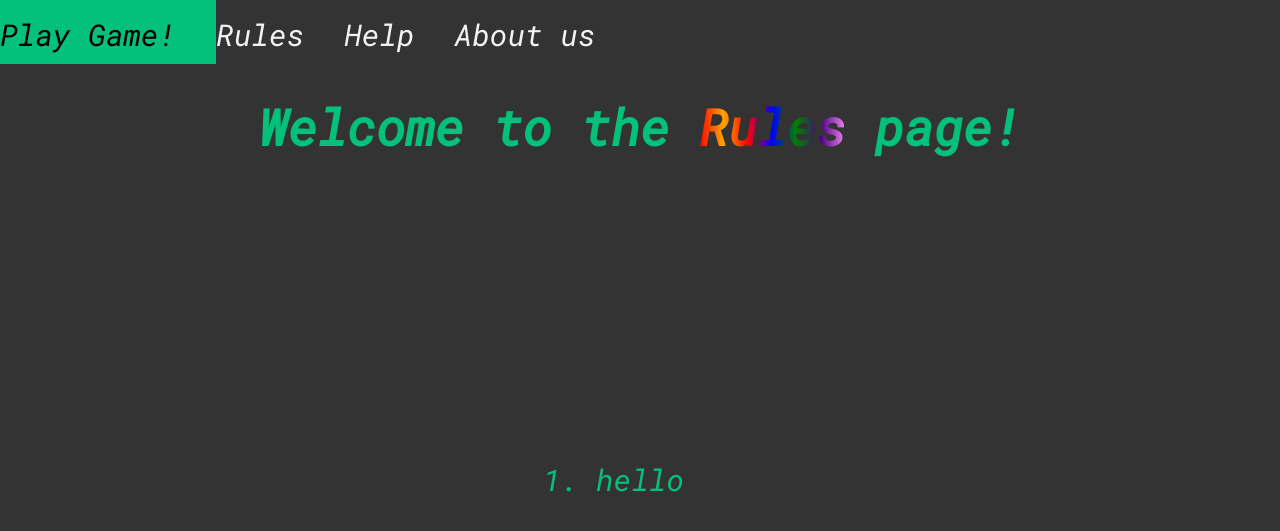
Repository: Ascendrospyder/rock-paper-scissors
Page: rulesPage.html
An editor plug-in stored every save of this project. The page is shown before and after a run of saves, followed by the edit.
The browser window is 1280 px wide. The pictures show the whole page.

Above is the page before, as saved 2022-12-26 12:58:00.

After the next 2 saves:
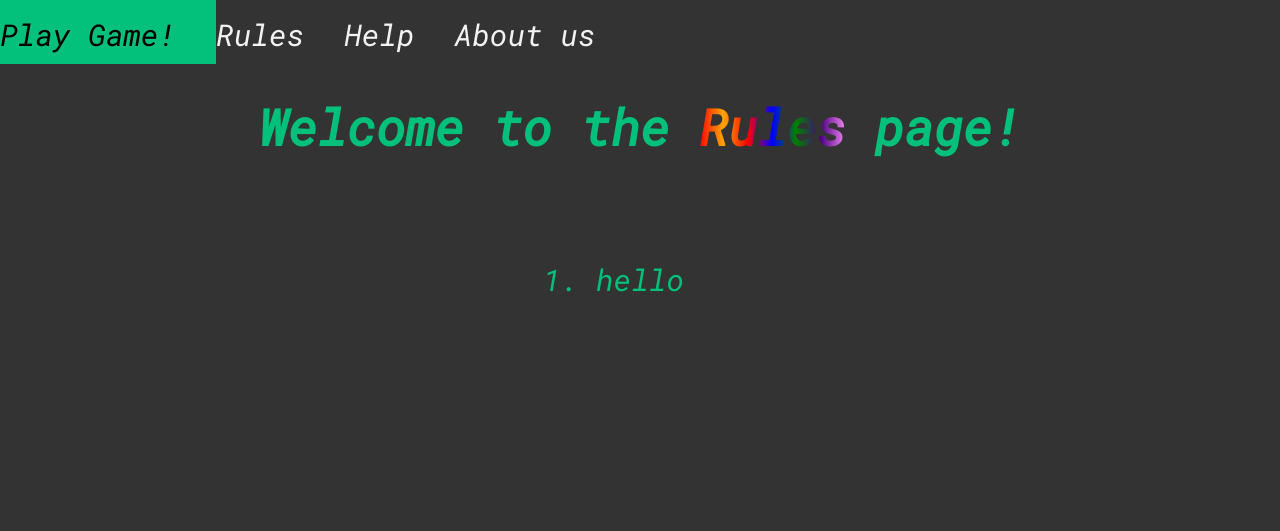
The 2 saves are shown as one change because they came seconds apart.
The last was saved 17 s later.
--- a/css/rules.css
+++ b/css/rules.css
@@ -2,7 +2,7 @@
     display: flex;
     justify-content: center;
     align-items: center;
-    margin-bottom: 300px;
+    margin-bottom: 100px;
 }
 
 .rules-list {
